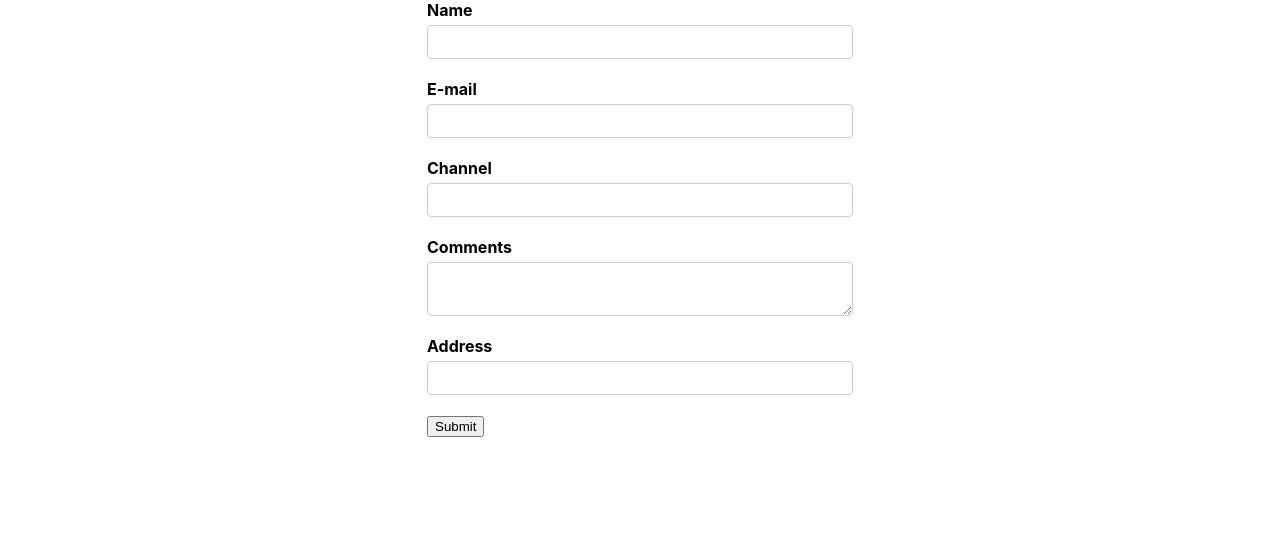
Repository: taivuong95/react-formik
Page: / (app in react-formik-demo/)
These files come from the project's save history. The page is drawn as it stood at one moment and after the next save; the edit follows.
The browser window is 1280 px wide. The pictures show the whole page.
The project was rebuilt for these pictures with package versions that can differ from the ones it lists, and the page was loaded fresh each time. Imported but missing from the stored project, and not drawn on this page: react-formik-demo/src/components/TextError.

Above is the page before, as saved 2021-01-18 07:10:31.

### react-formik-demo/src/App.js
import logo from './logo.svg';
import './App.css';
import YoutubeForm from './components/YoutubeForm';

function App() {
  return (
    <div className="App">
      <YoutubeForm/>
    </div>
  );
}

export default App;

### react-formik-demo/src/App.css

.App{
  display:flex;
  justify-content:center;

}

label{
  font-weight: bold;
  display: flex;
  margin-bottom: 5px;
}
input[type="text"],
input[type="email"],
textarea
{
  display:block;
  width: 400px;
  padding:6px 12px;
  font-size: 14px;
  line-height: 1.42857143;
  color:#555;
  background: #fff;
  background-image: none;
  border: 1px solid #ccc;
  border-radius: 4px;
}

.form-control{
  margin-bottom: 20px;
}
.error{
  color:orangered
}

### react-formik-demo/src/components/YoutubeForm.js
import React from "react";
import { Formik, Form, Field, ErrorMessage } from "formik";
import * as Yup from "yup";
import TextError from "./TextError";

const initialValues = {
  name: "",
  email: "",
  channel: "",
  comments: "",
  address: "",
};

const onSubmit = (values) => {
  console.log("Form data", values);
};

const validationSchema = Yup.object({
  name: Yup.string().required("Required"),
  email: Yup.string().email("Invalid email format").required("Required"),
  channel: Yup.string().required("Required"),
});

function YoutubeForm(props) {
  return (
    <Formik
      initialValues={initialValues}
      validationSchema={validationSchema}
      onSubmit={onSubmit}
    >
      <Form>
        <div className='form-control'>
          <label htmlFor='name'>Name</label>
          <Field type='text' id='name' name='name' />
          <ErrorMessage name='name' component={ TextError}/>
        </div>
        <div className='form-control'>
          <label htmlFor='email'>E-mail</label>
          <Field type='email' id='email' name='email' />
          <ErrorMessage name='email'>
            {
              (errorMsg) => <div className='error'>{errorMsg}</div>
            }
          </ErrorMessage>
        </div>
        <div className='form-control'>
          <label htmlFor='channel'>Channel</label>
          <Field type='text' id='channel' name='channel' />
          <ErrorMessage name='channel' />
        </div>

        <div className='form-control'>
          <label htmlFor='comments'>Comments</label>
          <Field as="textarea"  id='comments' name='comments' />
        </div>

        <div className='form-control'>
        <label htmlFor='address'>Address</label>
          <Field name='address' >
            {(props) => {
              const { field, form, meta } = props;
              console.log('Render props', props);
              return (
                <div>
                  <input type='text' id='address' {...field} />
                  {meta.touched && meta.error ? <div>{meta.error }</div>:null}
                </div>
              )
            }}
          </Field>
        </div>

        <button type='submit'>Submit</button>
      </Form>
    </Formik>
  );
}

export default YoutubeForm;

Loaded but not shown: react-formik-demo/public/index.html (common file); react-formik-demo/src/index.js (common file); react-formik-demo/src/index.css (common file); react-formik-demo/src/reportWebVitals.js (common file)

After the next save:
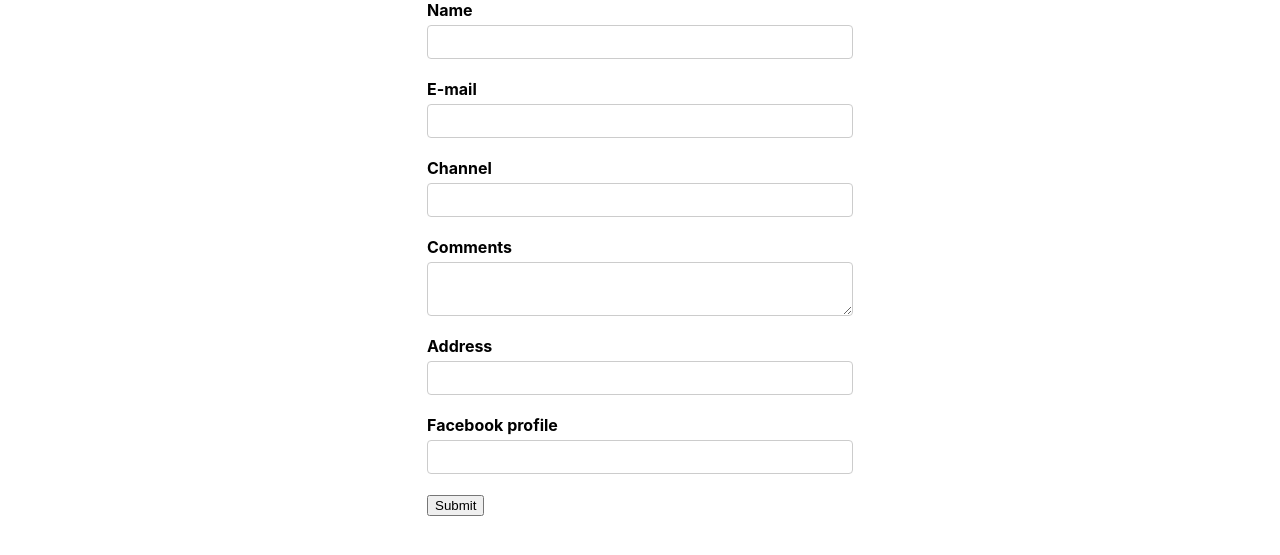
Saved 3 min 53 s later.
--- a/react-formik-demo/src/components/YoutubeForm.js
+++ b/react-formik-demo/src/components/YoutubeForm.js
@@ -9,6 +9,10 @@ const initialValues = {
   channel: "",
   comments: "",
   address: "",
+  social: {
+    facebook: "",
+    twitter: "",
+  }
 };
 
 const onSubmit = (values) => {
@@ -70,6 +74,10 @@ function YoutubeForm(props) {
           </Field>
         </div>
 
+        <div className='form-control'>
+          <label htmlFor='facebook'>Facebook profile</label>
+          <Field type='text' id='facebook' name='social.facebook'/>
+        </div>
         <button type='submit'>Submit</button>
       </Form>
     </Formik>
